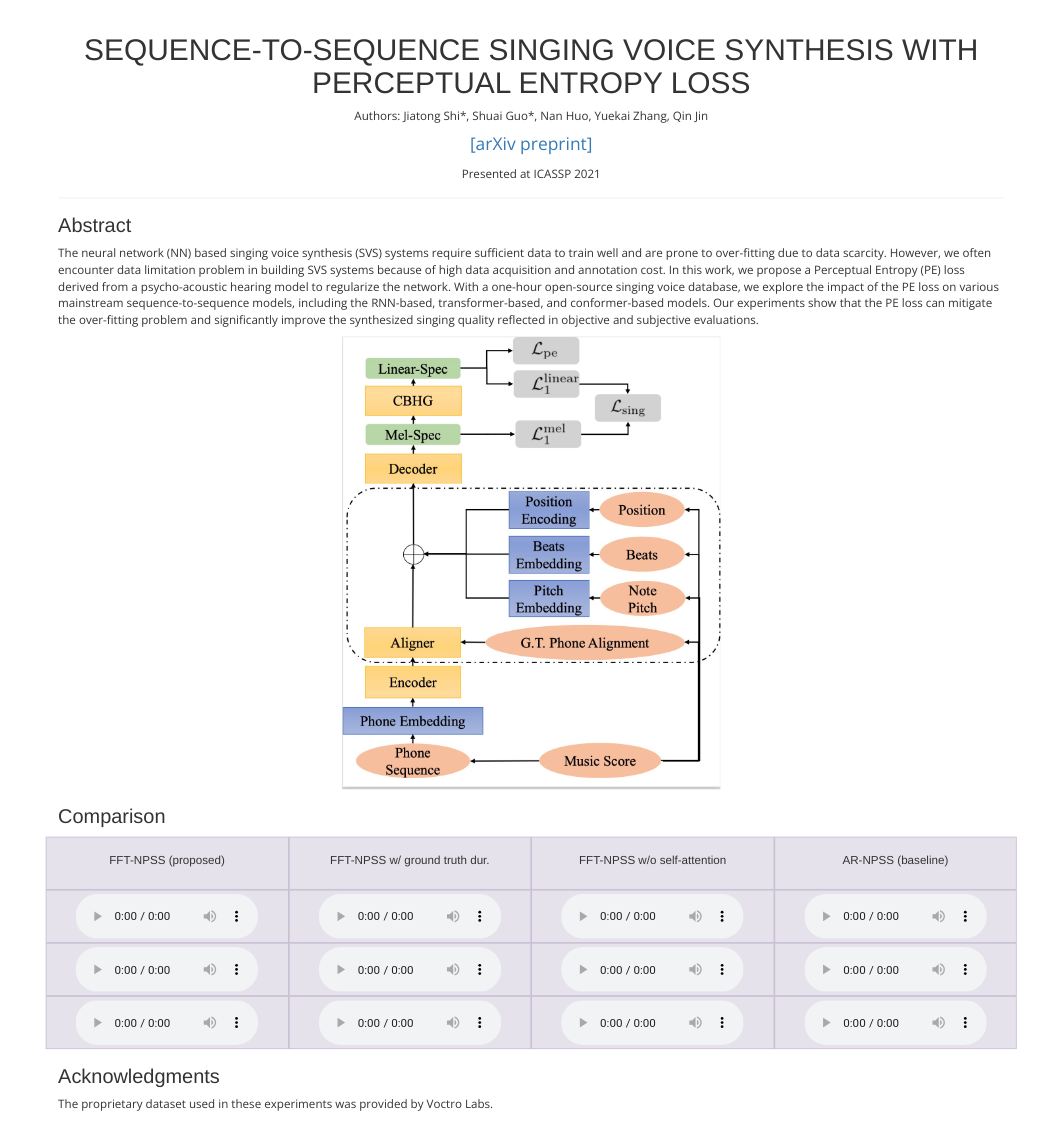
Repository: PeterGuoRuc/SVS_pe.github.io
Page: index.html
These files come from the project's save history. The page is drawn as it stood at one moment and after the next save; the edit follows.
The browser window is 1280 px wide. The pictures show the whole page, at 83% of full size.

Above is the page before, as saved 2021-06-06 16:45:18.

### index.html
<!DOCTYPE html>
<html lang="en">
  <head>
    <meta charset="utf-8">
    <meta http-equiv="X-UA-Compatible" content="IE=edge">
    <meta name="viewport" content="width=device-width, initial-scale=1">
    <meta name="description" content="">
    <meta name="author" content="">
    <link rel="shortcut icon" type="image/x-icon" href="../favicon.ico">

    <title>SEQUENCE-TO-SEQUENCE SINGING VOICE SYNTHESIS WITH PERCEPTUAL ENTROPY LOSS</title>

    <!-- Fonts -->
    <link href="https://fonts.googleapis.com/css?family=Abril+Fatface|Open+Sans" rel="stylesheet">

    <!-- Bootstrap core CSS -->
    <!--<link href="bootstrap/dist/css/bootstrap.min.css" rel="stylesheet">-->
    <link href="https://maxcdn.bootstrapcdn.com/bootstrap/3.3.7/css/bootstrap.min.css" rel="stylesheet">

    <!-- IE10 viewport hack for Surface/desktop Windows 8 bug -->
    <!--<link href="bootstrap/assets/css/ie10-viewport-bug-workaround.css" rel="stylesheet">-->
    <link href="https://maxcdn.bootstrapcdn.com/css/ie10-viewport-bug-workaround.css" rel="stylesheet">

    <!-- Custom styles for this template -->
    <link href="poster.css" rel="stylesheet">

    <!-- Just for debugging purposes. Don't actually copy these 2 lines! -->
    <!--[if lt IE 9]><script src="bootstrap/assets/js/ie8-responsive-file-warning.js"></script><![endif]-->
    <!--<script src="bootstrap/assets/js/ie-emulation-modes-warning.js"></script>-->

    <!-- HTML5 shim and Respond.js for IE8 support of HTML5 elements and media queries -->
    <!--[if lt IE 9]>
      <script src="https://oss.maxcdn.com/html5shiv/3.7.3/html5shiv.min.js"></script>
      <script src="https://oss.maxcdn.com/respond/1.4.2/respond.min.js"></script>
    <![endif]-->
  </head>

  <body>
    <div class="container">

      <div class="page-header">
        <h1>
          SEQUENCE-TO-SEQUENCE SINGING VOICE SYNTHESIS WITH PERCEPTUAL ENTROPY LOSS
        </h1>
        <p class="centered">Authors: Jiatong Shi*, Shuai Guo*, Nan Huo, Yuekai Zhang, Qin Jin</p>
        <p class="lead">
          <a class="lead_link" href="https://arxiv.org/abs/2010.12024">[arXiv preprint]</a>
        </p>
        <p class="centered">Presented at ICASSP 2021</p>
      </div>

      <h3>Abstract</h3>
      <p>The neural network (NN) based singing voice synthesis (SVS) systems require sufficient data to train well and are prone to over-fitting due to data scarcity.
        However, we often encounter data limitation problem in building SVS systems because of high data acquisition and annotation cost.
        In this work, we propose a Perceptual Entropy (PE) loss derived from a psycho-acoustic hearing model to regularize the network.
        With a one-hour open-source singing voice database, we explore the impact of the PE loss on various mainstream sequence-to-sequence models, including the RNN-based, transformer-based, and conformer-based models.
        Our experiments show that the PE loss can mitigate the over-fitting problem and significantly improve the synthesized singing quality reflected in objective and subjective evaluations.
      </p>

      <center><img src="files/svs_model.jpg"/ height="40%" width="40%"></center>

      <h3>Comparison</h3>
      <div class="row">
        <div class="col-md-3">FFT-NPSS (proposed)</div>
        <div class="col-md-3">FFT-NPSS w/ ground truth dur.</div>
        <div class="col-md-3">FFT-NPSS w/o self-attention</div>
        <div class="col-md-3">AR-NPSS (baseline)</div>
      </div>
      <div class="row">
        <div class="col-md-3"><audio src="files/1_Feel_4.mp3" controls></audio></div>
        <div class="col-md-3"><audio src="files/2_Feel_4.mp3" controls></audio></div>
        <div class="col-md-3"><audio src="files/3_Feel_4.mp3" controls></audio></div>
        <div class="col-md-3"><audio src="files/4_Feel_4.mp3" controls></audio></div>
      </div>
      <div class="row">
        <div class="col-md-3"><audio src="files/1_Feel_19.mp3" controls></audio></div>
        <div class="col-md-3"><audio src="files/2_Feel_19.mp3" controls></audio></div>
        <div class="col-md-3"><audio src="files/3_Feel_19.mp3" controls></audio></div>
        <div class="col-md-3"><audio src="files/4_Feel_19.mp3" controls></audio></div>
      </div>
      <div class="row">
        <div class="col-md-3"><audio src="files/1_Rio_8.mp3" controls></audio></div>
        <div class="col-md-3"><audio src="files/2_Rio_8.mp3" controls></audio></div>
        <div class="col-md-3"><audio src="files/3_Rio_8.mp3" controls></audio></div>
        <div class="col-md-3"><audio src="files/4_Rio_8.mp3" controls></audio></div>
      </div>

      <h3>Acknowledgments</h3>
      <p>The proprietary dataset used in these experiments was provided by Voctro Labs.</p>


    </div> <!-- /container -->


    <!-- IE10 viewport hack for Surface/desktop Windows 8 bug -->
    <!--<script src="bootstrap/assets/js/ie10-viewport-bug-workaround.js"></script>-->
    <script src="https://maxcdn.bootstrapcdn.com/js/ie10-viewport-bug-workaround.js"></script>
  </body>
</html>

### poster.css

p {
  font-family: 'Open Sans', sans-serif;
  margin: 10px 0 10px;
}

.lead_link {
  margin: 0 5px 0 5px;
}

.lead {
  text-align: center;
  margin-bottom: 0;
}

.centered {
  text-align: center;
}

.image_title {
  text-align: center;
}

img.figure {
  display: block;
  margin-left: auto;
  margin-right: auto;
  max-width: 100%;
}

h1 {
  /* font-family: 'Abril Fatface', cursive; */
  text-align: center;
}

h4 {
  margin-top: 25px;
}
.row {
  margin-bottom: 0px;
  position: relative;
}

/* vertically center audio players */
.row audio {
    position: absolute;
    top: 0;
    left: 0;
    bottom: 0;
    right: 0;
    margin: auto;
    display: block;
    width: 220px;
}

[class*="col-"] {
  padding-top: 17px;
  padding-bottom: 17px;
  background-color: #eee;
  background-color: rgba(86,61,124,.15);
  border: 1px solid #ddd;
  border: 1px solid rgba(86,61,124,.2);
  height: 64px;
  text-align: center;
}

hr {
  margin-top: 40px;
  margin-bottom: 40px;
}

After the next save:
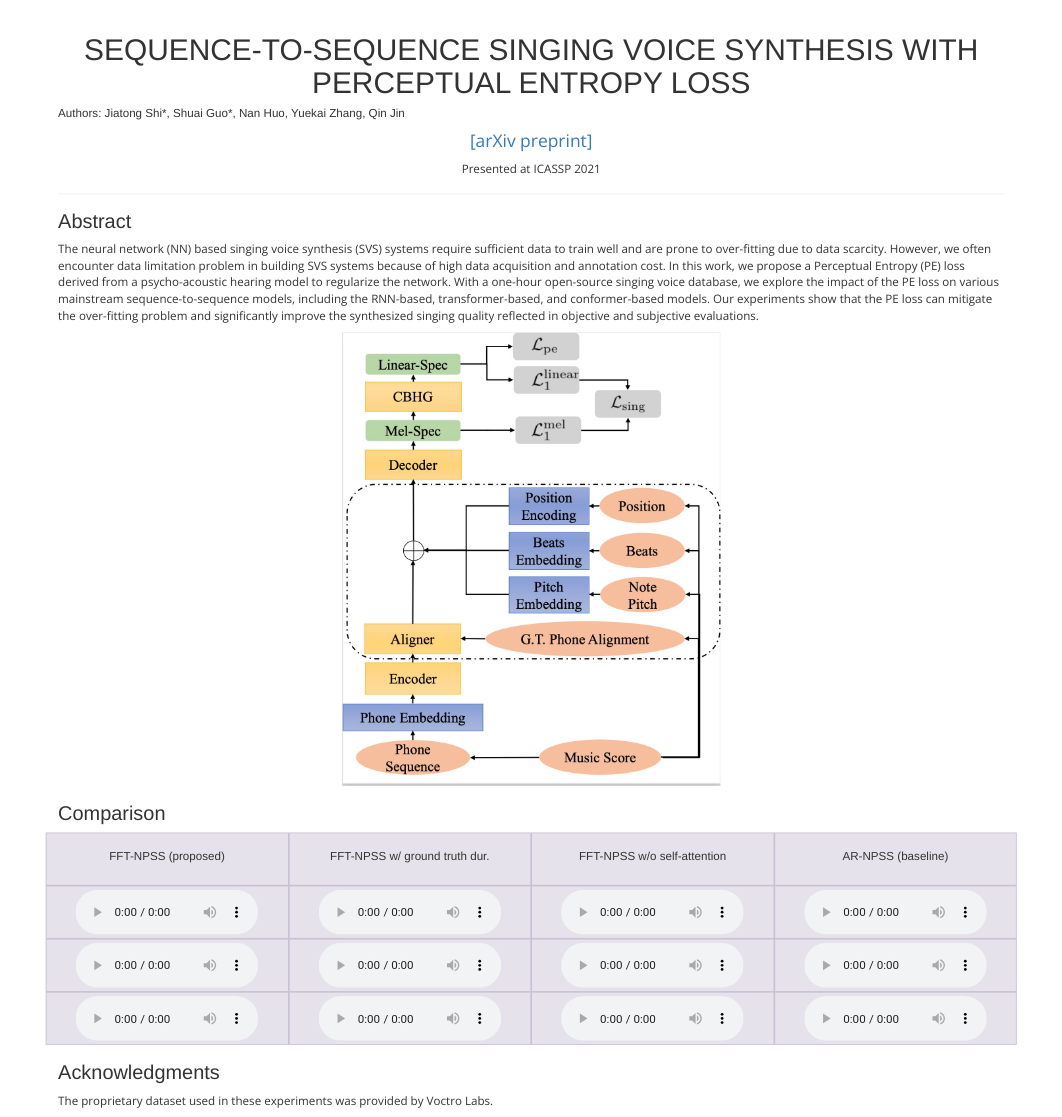
Saved 38 s later.
--- a/index.html
+++ b/index.html
@@ -42,7 +42,7 @@
         <h1>
           SEQUENCE-TO-SEQUENCE SINGING VOICE SYNTHESIS WITH PERCEPTUAL ENTROPY LOSS
         </h1>
-        <p class="centered">Authors: Jiatong Shi*, Shuai Guo*, Nan Huo, Yuekai Zhang, Qin Jin</p>
+        <h5>Authors: Jiatong Shi*, Shuai Guo*, Nan Huo, Yuekai Zhang, Qin Jin</h5>
         <p class="lead">
           <a class="lead_link" href="https://arxiv.org/abs/2010.12024">[arXiv preprint]</a>
         </p>
